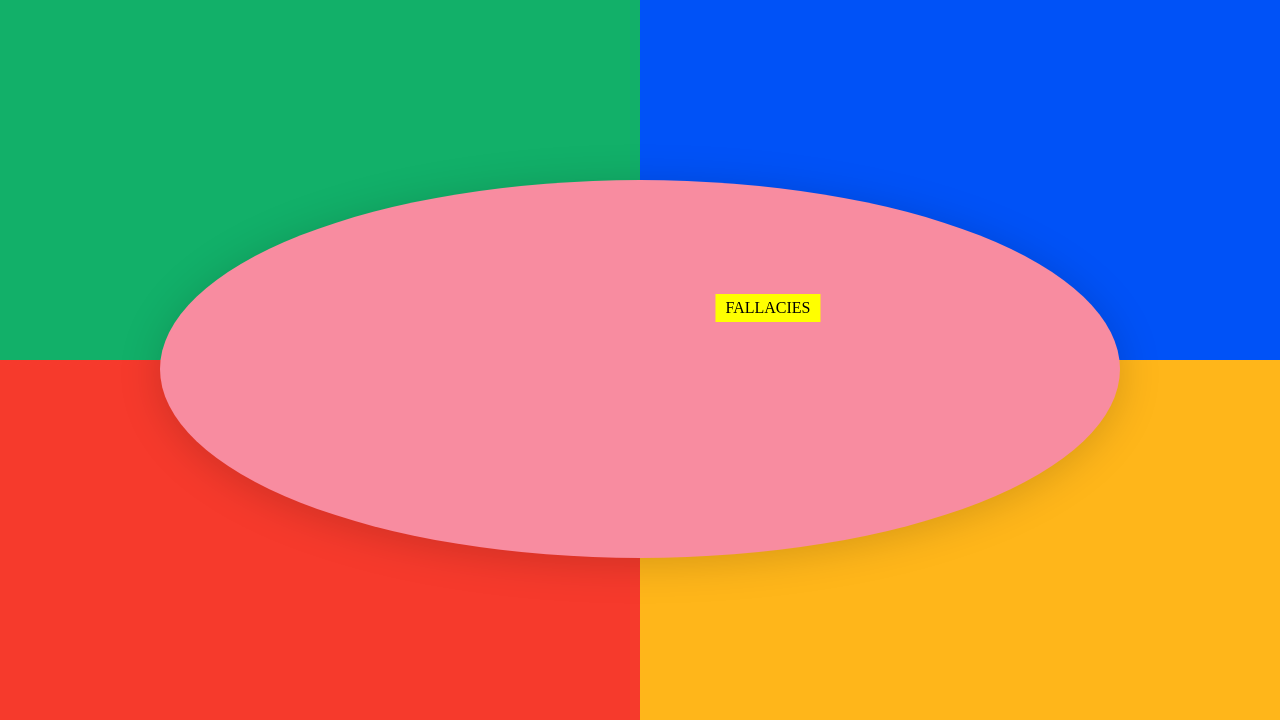
Repository: yafugray/fallacies
Page: project/Midterm project/index.html
These files come from the project's save history. The page is drawn as it stood at one moment and after the next save; the edit follows.
The browser window is 1280 px wide. The pictures show the whole page.

Above is the page before, as saved 2020-03-12 15:39:48.

After the next save:
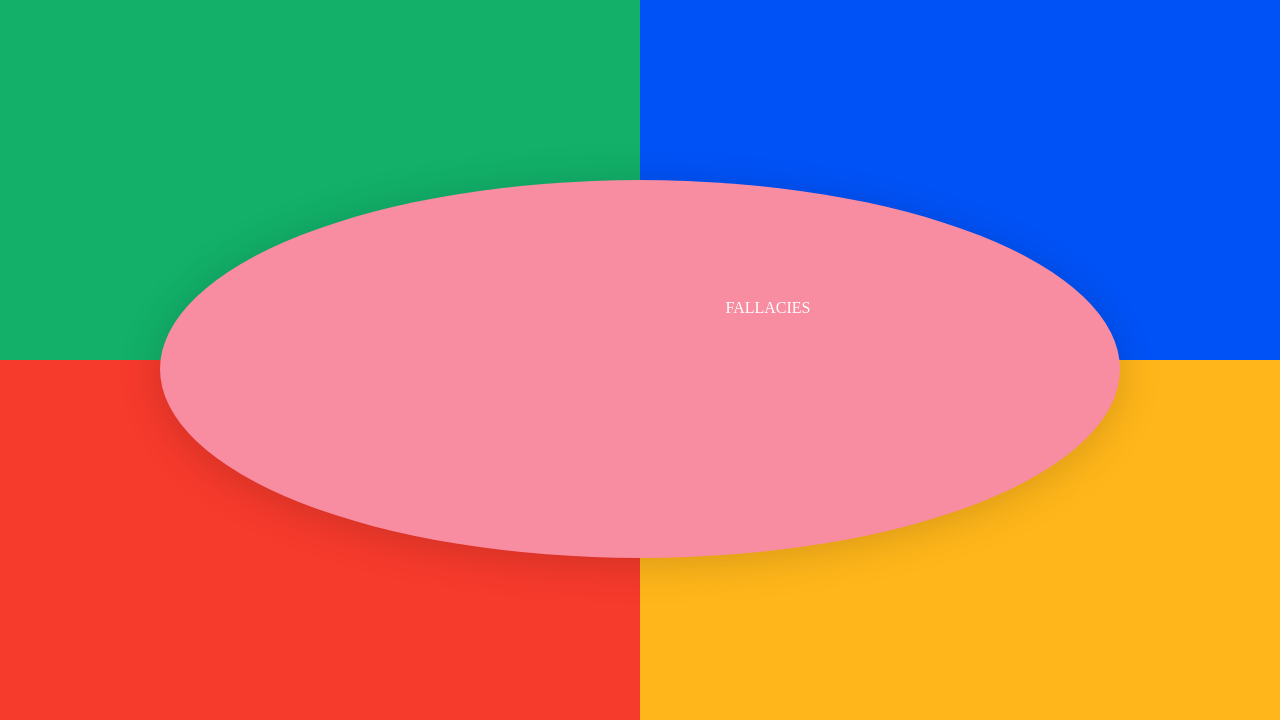
Saved 17 s later.
--- a/project/Midterm project/app.css
+++ b/project/Midterm project/app.css
@@ -100,7 +100,7 @@
     top: 50%;
     transform: translate( -50%, -50% ); */
     padding: 5px 10px;
-	background-color: yellow;
+	color: white;
 	text-align: center;
 	position: absolute;
 	top: 50%;
